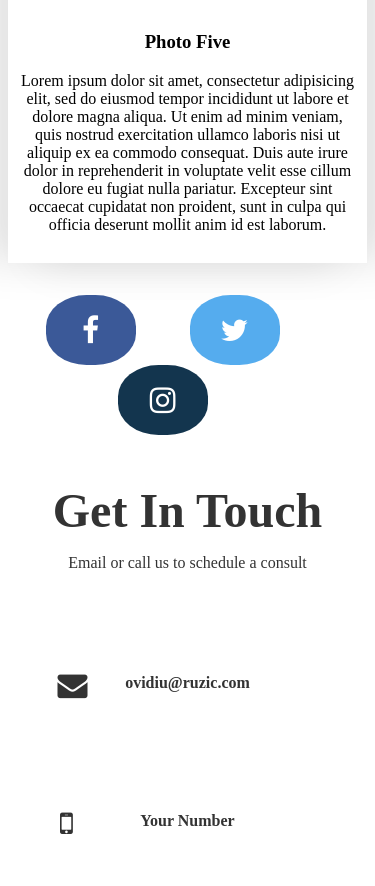
Repository: konstantin0s/mobile-photography
Page: index.html
An editor plug-in stored every save of this project. The page is shown before and after the next save, followed by the edit.
The browser window is 375 px wide. The pictures show the part of the page from y = 3045 to 3931 px (the page is 3931 px tall before and 3891 px after).

Above is the page before, as saved 2019-05-11 15:08:16.

### index.html
<!DOCTYPE html>
<html lang="en" dir="ltr">
  <head>
    <meta charset="utf-8">
    <meta name="viewport" content="width=device-width, initial-scale=1.0">
    <meta http-equiv="X-UA-Compatible" content="ie=edge">
    <link rel="stylesheet" href="https://cdnjs.cloudflare.com/ajax/libs/font-awesome/4.7.0/css/font-awesome.min.css">
    <link rel="stylesheet" href="css/style.css">

    <title>Mobile Photography</title>
  </head>
  <body>
<main>
  <div id="landing" class="">
    <div id="landing-text" class="">
      <div id="landing-text-inner" class="">
       <img id="logo" src="img/logos.png" />
       <h1>Photography</h1>
        <a href="#images" class="btn" id="view-work">
          View Work
        </a>
      </div>
    </div>
    <div id="landing-image" class="">

    </div>
  </div>

  <div id="images" class="">
<div id="header">
  <h2>Our Work</h2>
</div>
<img src="https://source.unsplash.com/1600x900/?nature,water" alt="">
<div class="caption">
  <h3>Photo One</h3>
  <p>
    Lorem ipsum dolor sit amet, consectetur adipisicing elit, sed do eiusmod tempor incididunt ut labore et dolore magna aliqua. Ut enim ad minim veniam, quis nostrud exercitation ullamco laboris nisi ut aliquip ex ea commodo consequat. Duis aute irure dolor in reprehenderit in voluptate velit esse cillum dolore eu fugiat nulla pariatur. Excepteur sint occaecat cupidatat non proident, sunt in culpa qui officia deserunt mollit anim id est laborum.

  </p>
</div>

<img src="https://source.unsplash.com/1600x900/?nature,clouds" alt="">
<div class="caption">
  <h3>Photo Two</h3>
  <p>
    Lorem ipsum dolor sit amet, consectetur adipisicing elit, sed do eiusmod tempor incididunt ut labore et dolore magna aliqua. Ut enim ad minim veniam, quis nostrud exercitation ullamco laboris nisi ut aliquip ex ea commodo consequat. Duis aute irure dolor in reprehenderit in voluptate velit esse cillum dolore eu fugiat nulla pariatur. Excepteur sint occaecat cupidatat non proident, sunt in culpa qui officia deserunt mollit anim id est laborum.

  </p>
</div>

<img src="https://source.unsplash.com/1600x900/?nature,animals" alt="">
<div class="caption">
  <h3>Photo Three</h3>
  <p>
    Lorem ipsum dolor sit amet, consectetur adipisicing elit, sed do eiusmod tempor incididunt ut labore et dolore magna aliqua. Ut enim ad minim veniam, quis nostrud exercitation ullamco laboris nisi ut aliquip ex ea commodo consequat. Duis aute irure dolor in reprehenderit in voluptate velit esse cillum dolore eu fugiat nulla pariatur. Excepteur sint occaecat cupidatat non proident, sunt in culpa qui officia deserunt mollit anim id est laborum.

  </p>
</div>

<img src="https://source.unsplash.com/1600x900/?nature,trees" alt="">
<div class="caption">
  <h3>Photo Four/h3>
  <p>
    Lorem ipsum dolor sit amet, consectetur adipisicing elit, sed do eiusmod tempor incididunt ut labore et dolore magna aliqua. Ut enim ad minim veniam, quis nostrud exercitation ullamco laboris nisi ut aliquip ex ea commodo consequat. Duis aute irure dolor in reprehenderit in voluptate velit esse cillum dolore eu fugiat nulla pariatur. Excepteur sint occaecat cupidatat non proident, sunt in culpa qui officia deserunt mollit anim id est laborum.

  </p>
</div>

<img src="https://source.unsplash.com/1600x900/?nature,flowers" alt="">
<div class="caption">
  <h3>Photo Five</h3>
  <p>
    Lorem ipsum dolor sit amet, consectetur adipisicing elit, sed do eiusmod tempor incididunt ut labore et dolore magna aliqua. Ut enim ad minim veniam, quis nostrud exercitation ullamco laboris nisi ut aliquip ex ea commodo consequat. Duis aute irure dolor in reprehenderit in voluptate velit esse cillum dolore eu fugiat nulla pariatur. Excepteur sint occaecat cupidatat non proident, sunt in culpa qui officia deserunt mollit anim id est laborum.

  </p>
</div>

  </div>

</main>

<footer>
    <a href="#" class="fa fa-facebook"></a>
    <a href="#" class="fa fa-twitter"></a>
    <a href="#" class="fa fa-instagram"></a>

  <h3>Get In Touch</h3>
  <p>Email or call us to schedule a consult</p>
 <div class="container">
    <i class="fa fa-envelope fa-5x" aria-hidden="true"></i
      ><p><strong>ovidiu@ruzic.com</strong>
    </p> <br />
    <i class="fa fa-mobile fa-5x" aria-hidden="true"></i>
     <p> <strong>Your Number</strong></p>
 </div>
</footer>
<script
src="https://code.jquery.com/jquery-3.3.1.min.js"
integrity="sha256-FgpCb/KJQlLNfOu91ta32o/NMZxltwRo8QtmkMRdAu8="
crossorigin="anonymous"></script>
<script type="text/javascript" src="js/main.js">

</script>
  </body>
</html>

### css/style.css
import url('https://fonts.googleapis.com/css?family=Open+Sans');

body {
  font-family: 'Open Sans', sans-serif;
  margin: 0;
  background-color: #eee;
  height: auto;
}

h1{
  font-weight: 400;
  font-size: 2.5rem;
  text-transform: uppercase;
  margin: 0;
  border-bottom: 1px solid black;
  top: -90px;
  position: relative;
}

h2 {
  font-weight: 400;
  font-size: 1.2rem;
  text-transform: capitalize;
  margin: 0;
}

img {
  display: block;
  width: 100%;
}

#logo {
  top: -80px;
  position: relative;
}

main {
  max-width: 900px;
  margin: auto;
  box-shadow: 30px 0px 40px rgba(0,0,0,0.1), -30px 0px 40px rgba(0,0,0,0.1);
}

#landing {
  background: #fff;
  }

#landing-text {
display: flex;
flex: 0 1 40vw;
height: 50vh;
justify-content: center;
align-items: center;
text-align: center;
padding-right: 1rem;
padding-left: 1rem;
}

#landing-text h2 {
  color: #888;
}
.btn {
  padding: 0.5rem 2rem;
  border: 1px #ccc solid;
  display: inline-block;
  margin: 2rem 0 0;
  border-radius: 50px;
  text-decoration: none;
  color: #333;
  transition: background 500ms ease;
}

#landing-image {
  background: url(https://source.unsplash.com/De8wMYoSSBc);
  background-position: center;
  background-size: cover;
  background-repeat: no-repeat;
  height: 50vh;
  flex: 0 1 60vw;
  margin: 0;
}

.btn:hover {
  background: #f4f4f4;
}

#header {
  padding: 1.5rem;
  text-align: center;
  background: #333;
  color: #fff;
}

#header h2 {
  border-left: dotted 1px #fff;
  border-right: dotted 1px #fff;
display: inline-block;
padding-right: 1rem;
padding-left: 1rem;
}

.caption {
  padding: 0.8rem;
  text-align: center;
}

footer {
  text-align: center;
  padding: 2rem 1rem;
  margin: auto;
  color: #333;
}

footer h3 {
  font-size: 3rem;
  margin-bottom: 0;
}

.fa {
  padding: 20px;
  margin-right: 50px;
  font-size: 30px;
  width: 50px;
  text-align: center;
  text-decoration: none;
  border-radius: 45%;
}

/* Add a hover effect if you want */
.fa:hover {
  opacity: 0.7;
}

/* Set a specific color for each brand */

/* Facebook */
.fa-facebook {
  background: #3B5998;
  color: white;
}

/* Twitter */
.fa-twitter {
  background: #55ACEE;
  color: white;
}

/* Instagram */
.fa-instagram {
  background: rgb(19, 53, 78);
  color: white;
}

/* Email & Phone*/

.fa-envelope {
  position: relative;
  left:-90px;
 top: 62px;
}

.fa-mobile {
  position: relative;
  left:-96px;
 top: 62px;
}

.container {
  display: flex;
 flex-direction: column;
 justify-content: space-evenly;
 align-items: center;
}

/* Screen size 500px and up*/
@media(min-width: 500px) {
  #landing {
    display: flex;
    height: 100%;
  }
  #landing-text {
    height: 100vh;
  }
  #landing-image {
    height: 100vh;
  }
}

/* Screen size 700px and up*/
@media(min-width: 700px) {
  .btn {
    padding: 1rem 3rem;
  }
}

/* Screen size 700px and up*/
@media(max-width: 500px) {
  .btn {
    padding: 1rem 3rem;
  }


  #logo {
    display: flex;
    width: 200px;
    height: 150px;
    flex-direction: column;
    top: -30px;
    position: relative;
  }

  h1 {

    flex-direction: column;
    top: -20px;
  font-size: 28px;
  border-bottom: 1px solid black;
  }
}

### js/main.js
//animate smooth scroll
$('#view-work').on('click', function() {
  const images = $('#images').position().top;

  $('html, body').animate({
    scrollTop: images
  }, 900)
});

After the next save:
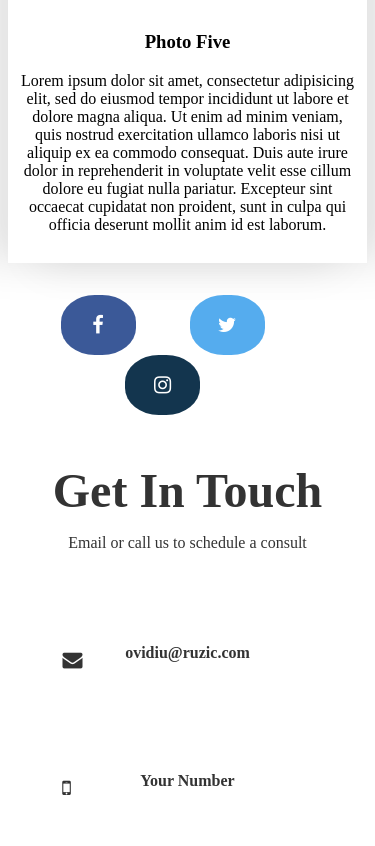
Saved 7 min 38 s later.
--- a/css/style.css
+++ b/css/style.css
@@ -215,4 +215,14 @@ footer h3 {
   font-size: 28px;
   border-bottom: 1px solid black;
   }
-}
+
+  .fa {
+    padding: 20px;
+    margin-right: 50px;
+    font-size: 20px;
+    width: 35px;
+    text-align: center;
+    text-decoration: none;
+    border-radius: 45%;
+  }
+}
